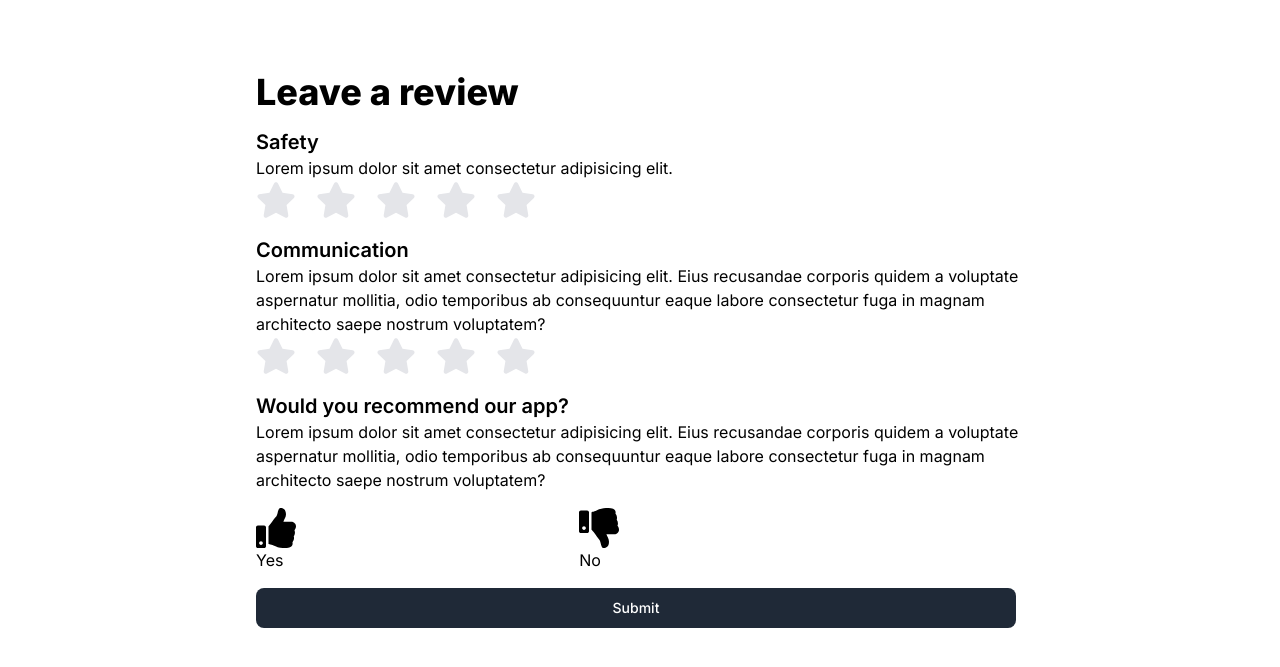
Repository: akankshaajoshi/review-form
Page: /review
These files come from the project's save history. The page is drawn as it stood at one moment and after the next save; the edit follows.
The browser window is 1280 px wide. The pictures show the whole page.
The project was rebuilt for these pictures with package versions that can differ from the ones it lists, and the page was loaded fresh each time. The framework's server and built-in components were replaced by stand-ins that run in the browser. Also part of the build but not shown: next.config.mjs.

Above is the page before, as saved 2024-05-25 13:24:34.

After the next save:
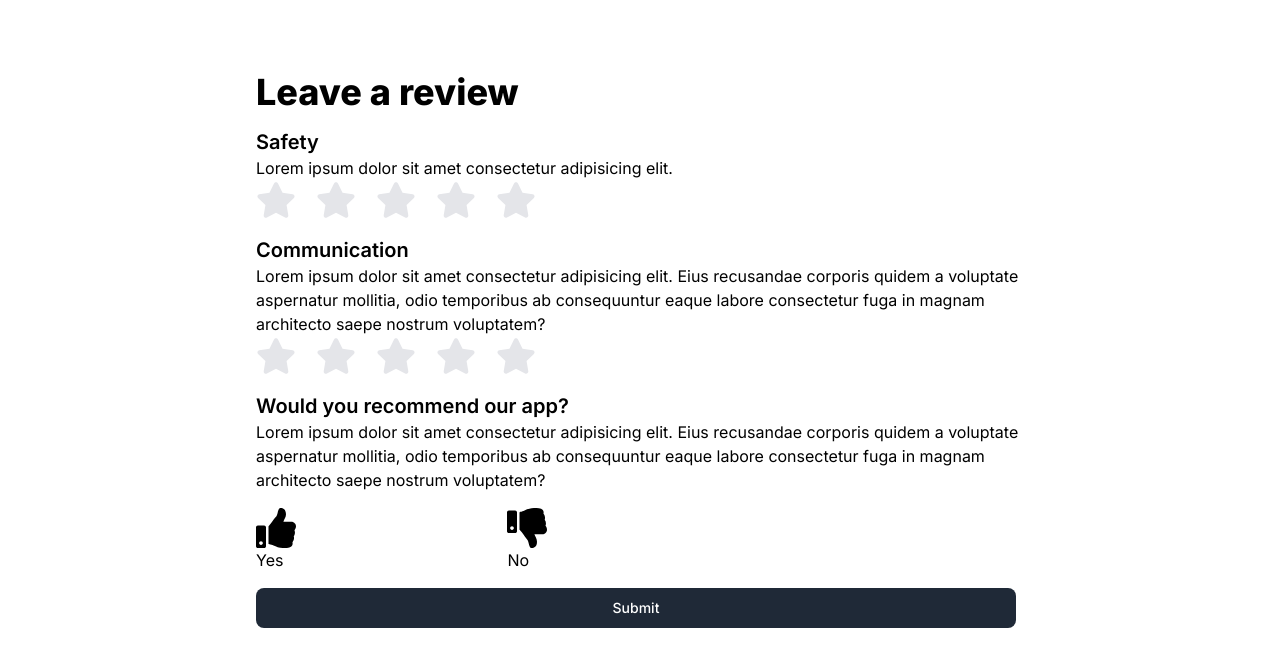
Saved 33 s later.
--- a/app/_components/TrueOrFalse/index.tsx
+++ b/app/_components/TrueOrFalse/index.tsx
@@ -7,7 +7,7 @@ interface TrueOrFalseProps {
 const TrueOrFalse : React.FC<TrueOrFalseProps> = ({name}) =>{
     return (
         <div className="flex flex-row gap-x-4 pt-4">
-            <label className="w-[40%] rounded-md">
+            <label className="w-[30%] rounded-md mr-[5px]">
             <input type="radio" name={name}
             className="hidden"
             value="true">
@@ -16,7 +16,7 @@ const TrueOrFalse : React.FC<TrueOrFalseProps> = ({name}) =>{
             ></FaThumbsUp>
             Yes
           </label>
-          <label>
+          <label className="w-[30%] rounded-md mr-[5px]">
             <input type="radio" name={name}
             className="hidden"
             value="false">
